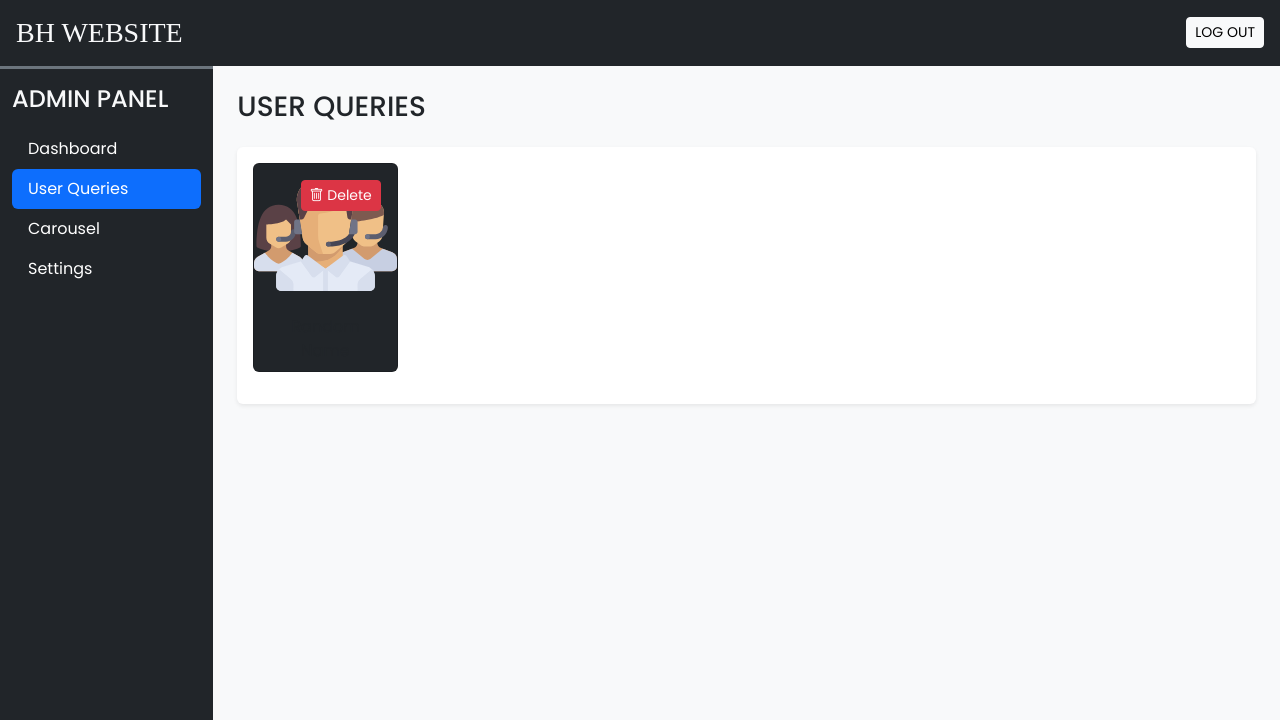
Repository: ntruong0906/desktop-tutorial
Page: http://localhost/hbwebsite/WebsiteBookingHotel/admin/user_queries.php
These files come from the project's save history. The page is drawn as it stood at one moment and after the next save; the edit follows.
The browser window is 1280 px wide. The pictures show the whole page.
Some web fonts or font styles are not loaded; a fallback is used. The page is run by PHP 8.4 with error messages shown; the project is at /var/www/html/. The session is filled in as if someone had signed in: {"adminLogin": true, "adminId": 1}.

Above is the page before, as saved 2024-05-06 22:20:10.

After the next save:
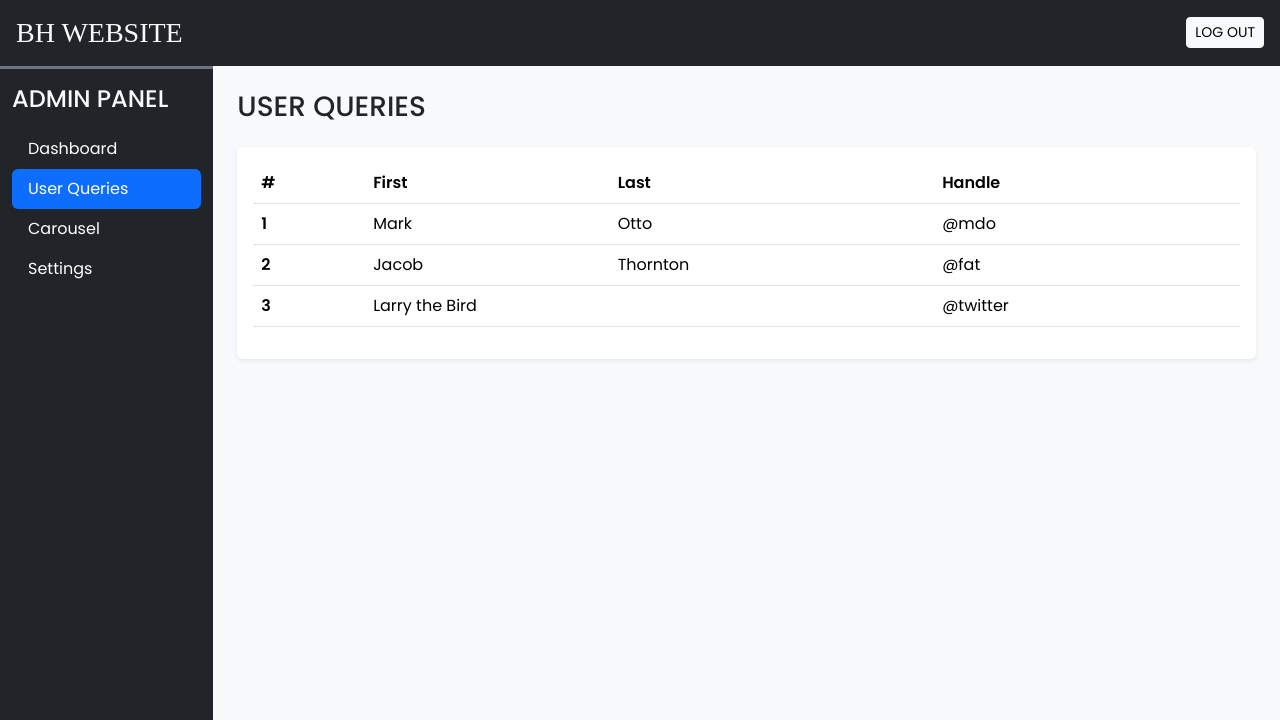
Saved 13 min 28 s later.
--- a/WebsiteBookingHotel/admin/user_queries.php
+++ b/WebsiteBookingHotel/admin/user_queries.php
@@ -40,18 +40,36 @@ adminLogin();
                 <!--Carousel section -->
                 <div class="card border-0 shadow-sm mb-4">
                     <div class="card-body">
-                        <div class="row" id="carousel-data">
-                            <div class="col-md-2 mb-3">
-                                <div class="card bg-dark text white">
-                                    <img src="../images/about/staff.svg" class="card-img">
-                                    <div class="card-img-overlay text-end">
-                                        <button type="button" class="btn btn-danger btn-sm shadow-none">
-                                            <i class="bi bi-trash"></i> Delete
-                                        </button>
-                                    </div>
-                                    <p class="card-text text-center px-3 py-2">Random Name</p>
-                                </div>
-                            </div>
+                        <div class="table-responsive-md">
+                            <table class="table">
+                                <thead>
+                                    <tr>
+                                        <th scope="col">#</th>
+                                        <th scope="col">First</th>
+                                        <th scope="col">Last</th>
+                                        <th scope="col">Handle</th>
+                                    </tr>
+                                </thead>
+                                <tbody>
+                                    <tr>
+                                        <th scope="row">1</th>
+                                        <td>Mark</td>
+                                        <td>Otto</td>
+                                        <td>@mdo</td>
+                                    </tr>
+                                    <tr>
+                                        <th scope="row">2</th>
+                                        <td>Jacob</td>
+                                        <td>Thornton</td>
+                                        <td>@fat</td>
+                                    </tr>
+                                    <tr>
+                                        <th scope="row">3</th>
+                                        <td colspan="2">Larry the Bird</td>
+                                        <td>@twitter</td>
+                                    </tr>
+                                </tbody>
+                            </table>
                         </div>
                     </div>
                 </div>
